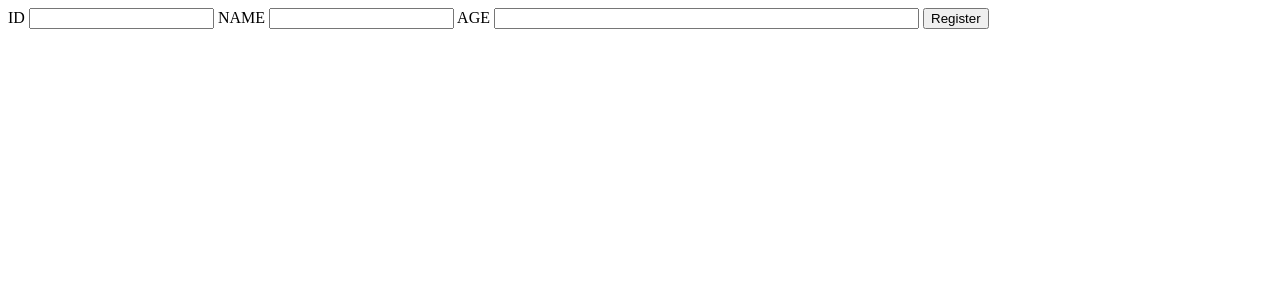
Repository: Scoobi-wisdoom/web
Page: d01/web/a5.html
These files come from the project's save history. The page is drawn as it stood at one moment and after the next save; the edit follows.
The browser window is 1280 px wide. The pictures show the whole page.

Above is the page before, as saved 2020-08-05 06:09:47.

### d01/web/a5.html
<!DOCTYPE html>
<html>
<head>
<meta charset="EUC-KR">
<title>Insert title here</title>
</head>
<body>
<!-- Form Test -->
<form>
ID <input type="text" name="id" size="20">
NAME <input type="text" name="name" size="20">
AGE <input type="text" name="age" size="50">
<input type="submit" value="Register">
</form>
</body>
</html>

After the next save:
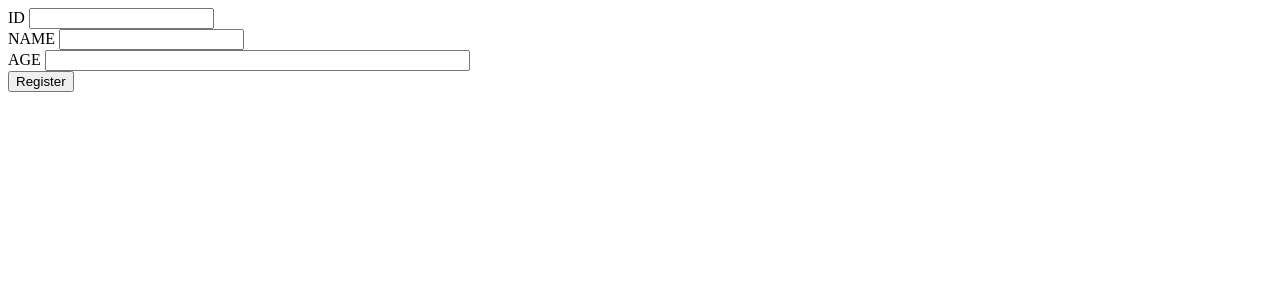
Saved 118 s later.
--- a/d01/web/a5.html
+++ b/d01/web/a5.html
@@ -7,9 +7,9 @@
 <body>
 <!-- Form Test -->
 <form>
-ID <input type="text" name="id" size="20">
-NAME <input type="text" name="name" size="20">
-AGE <input type="text" name="age" size="50">
+ID <input type="text" name="id" size="20"><br>
+NAME <input type="text" name="name" size="20"><br>
+AGE <input type="text" name="age" size="50"><br>
 <input type="submit" value="Register">
 </form>
 </body>
